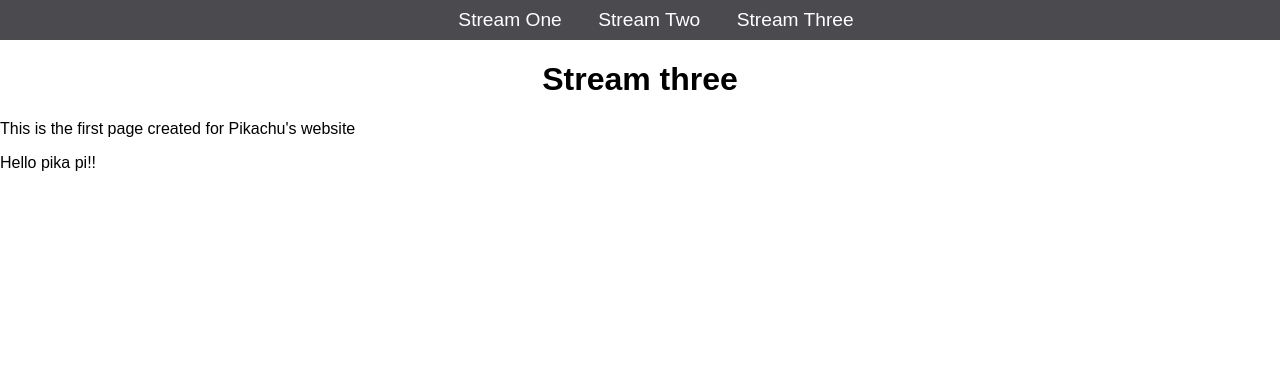
Repository: santimex/my-first-website
Page: stream-three.html
The author's editor kept a record of every edit. The page is drawn from the files as they stood at one moment, then again after the next edit.
The browser window is 1280 px wide. The pictures show the whole page.

Above is the page before.

### stream-three.html
<!DOCTYPE html>
<html>
    <head>
        <title>Stream Three</title>
        <link rel="stylesheet" href="css/style.css" type="text/css" />
    </head>
    <body>
        <nav>
            <ul>
                <li><a href="stream-one.html">Stream One</a></li>
                <li><a href="stream-two.html">Stream Two</a></li>
                <li><a href="stream-three.html">Stream Three</a></li>
            </ul>
        </nav>
        <h1>Stream three</h1>
        <p>This is the first page created for Pikachu's website</p>
        <p>Hello pika pi!!</p>
    </body>
</html>

### css/style.css
body {
    margin: 0;
    padding: 0;
    font-family: "Oswald", sans-serif;
}

nav ul {
    list-style: none;
    background-color: #4a4a4f;
    text-align: center;
    margin: 0;
    padding: 0;
}

nav li {
    font-size: 1.2em;
    line-height: 40px;
    height: 40px;
    display: inline-block;
    margin-left: 2.5%;
}

nav a {
    text-decoration: none;
    color: #fff;
    display: block;
}

nav a:hover {
    background-color: #fff;
    color: #4a4a4f;
}

.card {
    float: left;
    width: 20%;
    margin-left: 10%;
}

.card a {
    text-align: center;
    text-decoration: none;
    color: #000;
}

.card a:hover {
    color: #FF5117;
}

img {
    width: 100%;
    height: 100px;
}

h1 {
    text-align: center;
}

After the next edit:
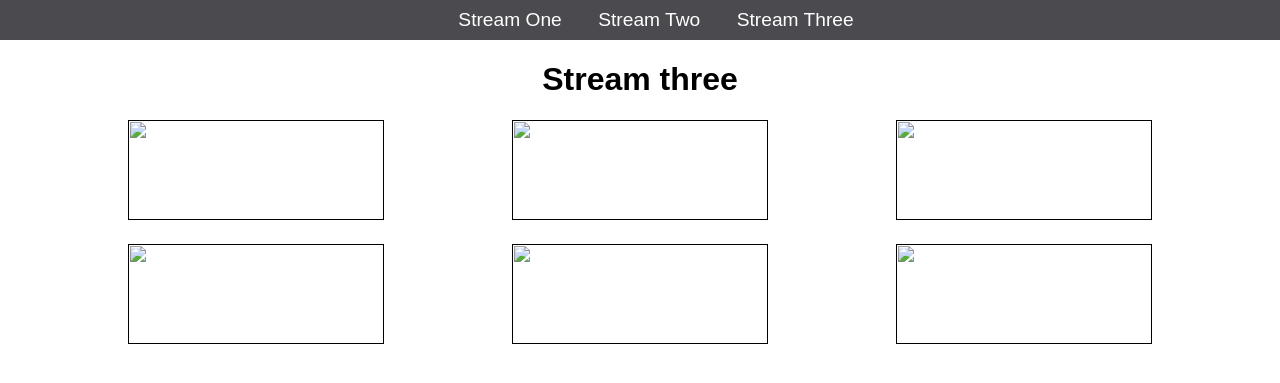
The edit:
--- a/stream-three.html
+++ b/stream-three.html
@@ -13,7 +13,41 @@
             </ul>
         </nav>
         <h1>Stream three</h1>
-        <p>This is the first page created for Pikachu's website</p>
-        <p>Hello pika pi!!</p>
+        <div class="card">
+            <a href="">
+                <img src="" />
+                <h2></h2>
+            </a>
+        </div>
+        <div class="card">
+            <a href="">
+                <img src="" />
+                <h2></h2>
+            </a>
+        </div>
+        <div class="card">
+            <a href="">
+                <img src="" />
+                <h2></h2>
+            </a>
+        </div>
+        <div class="card">
+            <a href="">
+                <img src="" />
+                <h2></h2>
+            </a>
+        </div>
+        <div class="card">
+            <a href="">
+                <img src="" />
+                <h2></h2>
+            </a>
+        </div>
+        <div class="card">
+            <a href="">
+                <img src="" />
+                <h2></h2>
+            </a>
+        </div>
     </body>
 </html>
